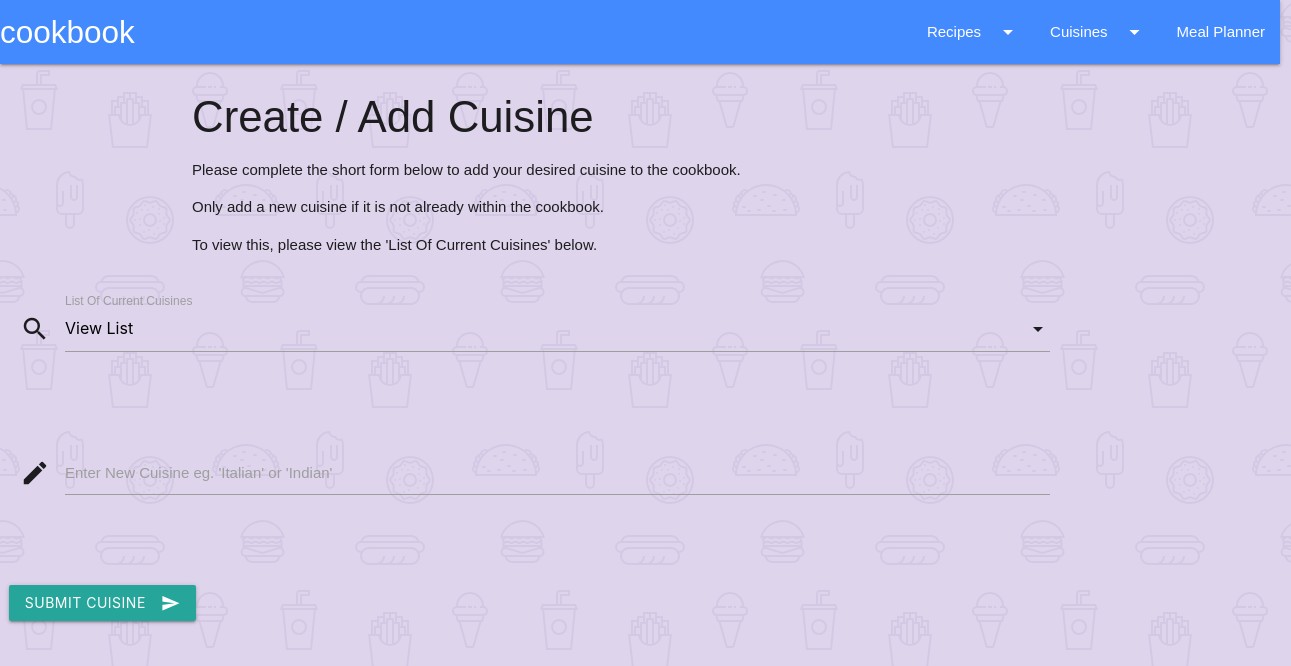
Repository: connor-blackburn/gutsy
Page: http://localhost/add_cuisine
The author's editor kept a record of every edit. The page is drawn from the files as they stood at one moment, then again after the next edit.
The browser window is 1280 px wide. The page is 1291 px wide, then 1280 px, so the pictures cover 1291 px, including what lies to the right of the window. The pictures show the whole page.
The page is served by the project's application, run on Flask 3 (app.py). Queries for data that is not in the repository find no rows.

Above is the page before.

After the next edit:
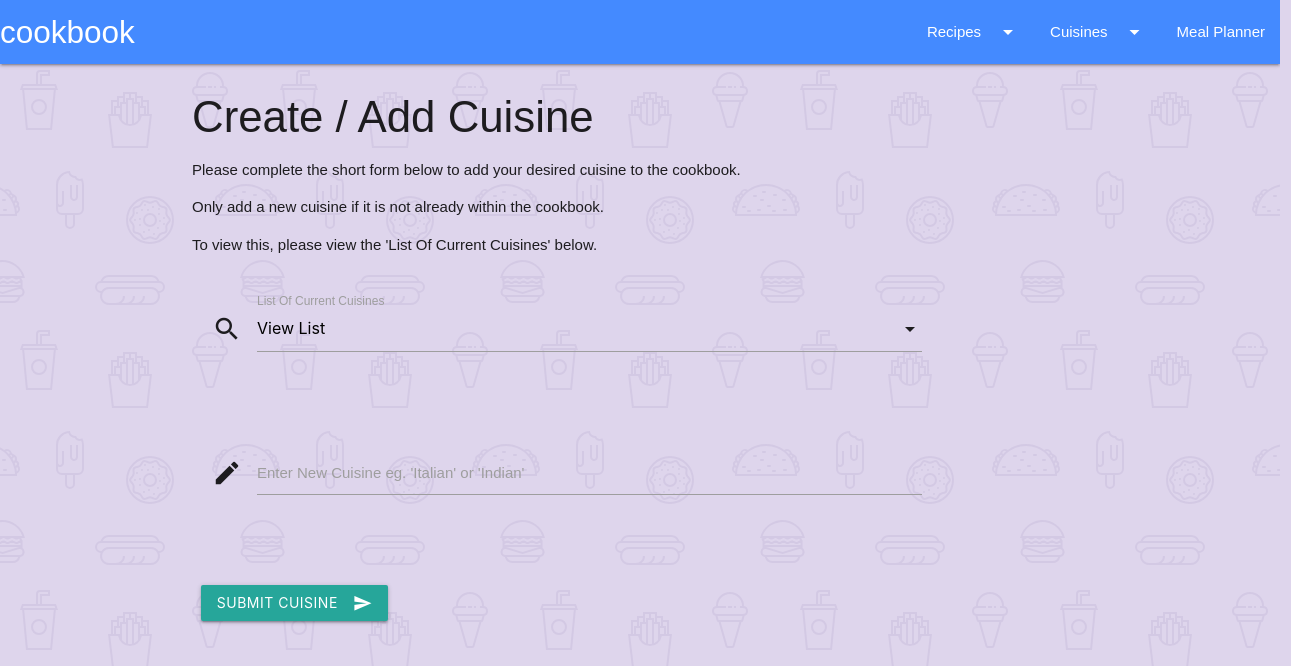
The edit:
--- a/templates/addcuisine.html
+++ b/templates/addcuisine.html
@@ -7,7 +7,7 @@
     <p>To view this, please view the 'List Of Current Cuisines' below.</p>
 </div>
 
-<form action="{{ url_for('insert_cuisine') }}" method="POST" class="col s12">
+<form action="{{ url_for('insert_cuisine') }}" method="POST" class="col s12 container">
     <div class="row">
         <div class="input-field col s10">
             <i class="material-icons prefix">search</i>
